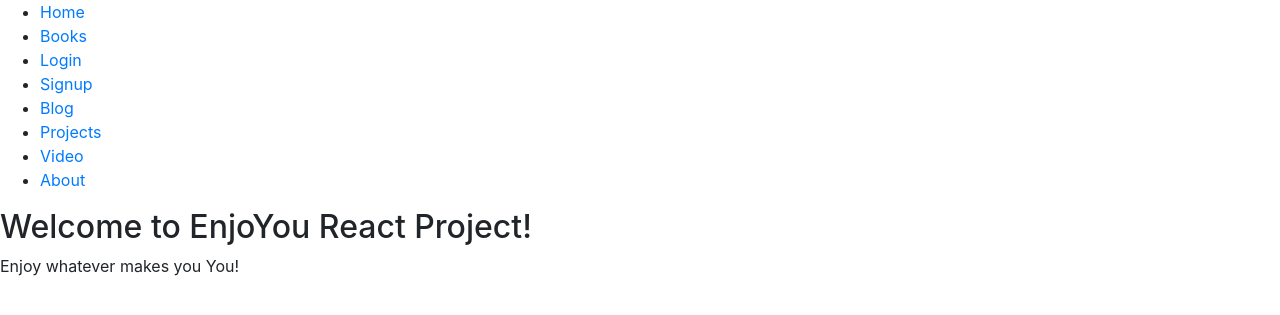
Repository: ebo-arcadia/enjoyou
Page: /home
The author's editor kept a copy of each file at every save. The page is drawn from the files as they stood at one save, then again after a run of saves.
The browser window is 1280 px wide. The pictures show the whole page.
The project was rebuilt for these pictures with package versions that can differ from the ones it lists, and the page was loaded fresh each time. Also part of the build but not shown: src/components/BooksList.js, src/containers/Login.js, src/containers/signup.js, src/containers/blog.js, src/containers/Projects.js, src/containers/video.js, src/components/About.js.

Above is the page before, as saved 2021-04-20 10:58:28.

After the next 3 saves:
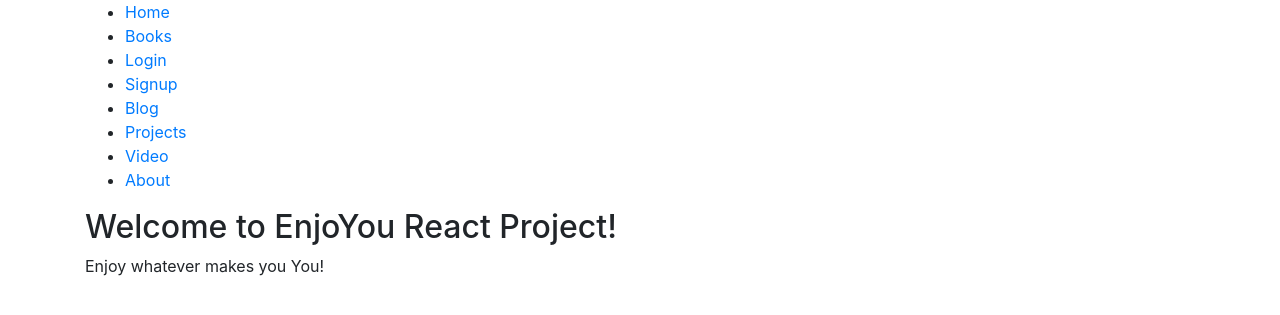
The 3 saves are shown as one change because 1 did not build or start and some came seconds apart.
The last was saved 2 min 45 s later.
--- a/src/containers/App.js
+++ b/src/containers/App.js
@@ -9,10 +9,12 @@ import Blog from '../containers/Blog';
 import Projects from '../containers/Projects';
 import Video from '../containers/Video';
 import About from '../components/About'
+import Layout from '../components/Layout'
 
 export default function App() {
   return (
     <React.Fragment>
+      <Layout>
       <Router>
         <div>
           <nav>
@@ -43,6 +45,7 @@ export default function App() {
           </Switch>
         </div>
       </Router>
+      </Layout>
     </React.Fragment>
   );
 }
--- a/src/components/Layout.js
+++ b/src/components/Layout.js
@@ -1,10 +1,12 @@
 import React from 'react';
 import { Container } from 'react-bootstrap';
 
-export const Layout = (props) => {
+const Layout = (props) => {
     return (
         <Container>
             {props.children}
         </Container>
     )
 }
+
+export default Layout;
